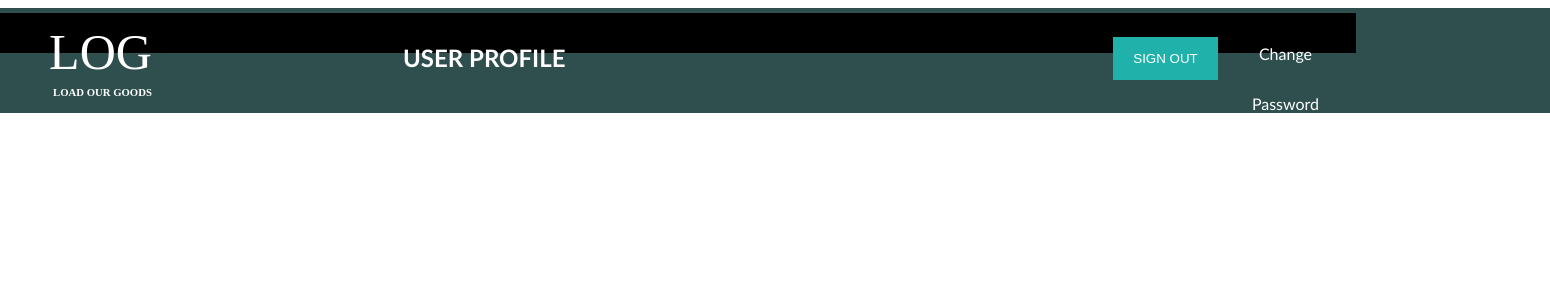
Repository: NAYAN9534/vehicle-booking-system
Page: http://localhost/minor/profile.jsp
The author's editor kept a copy of each file at every save. The page is drawn from the files as they stood at one save, then again after the next save.
The browser window is 1280 px wide. The page is 1550 px wide, so the pictures cover 1550 px, including what lies to the right of the window. The pictures show the whole page.
The page is served by Tomcat 9.

Above is the page before, as saved 2017-05-27 08:07:11.

After the next save:
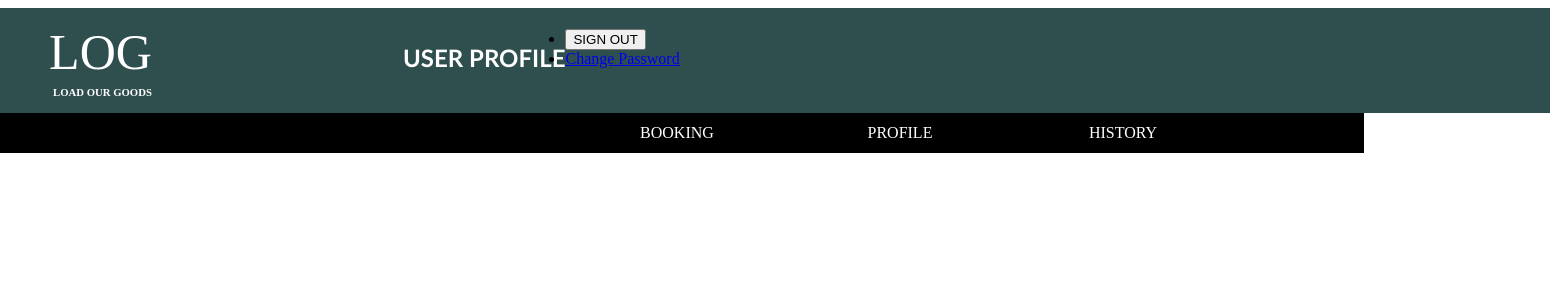
Saved 48 s later.
--- a/minor/WebContent/profile.jsp
+++ b/minor/WebContent/profile.jsp
@@ -192,10 +192,11 @@ width: 1366px;
 		<div id="mid_header">
 <h2>USER PROFILE</h2>
 </div>
-<div id="right_header">
+
       <ul>
+      <div id="right_header">
       <li><a href="signout.jsp"><button style="width:auto;">SIGN OUT</button></a></li>
-      <li><a href="change_pass.jsp">Change Password</a></li>
+      <li><a href="change_pass.jsp">Change Password</a></li> </div>
       </ul>
 </div>
 
